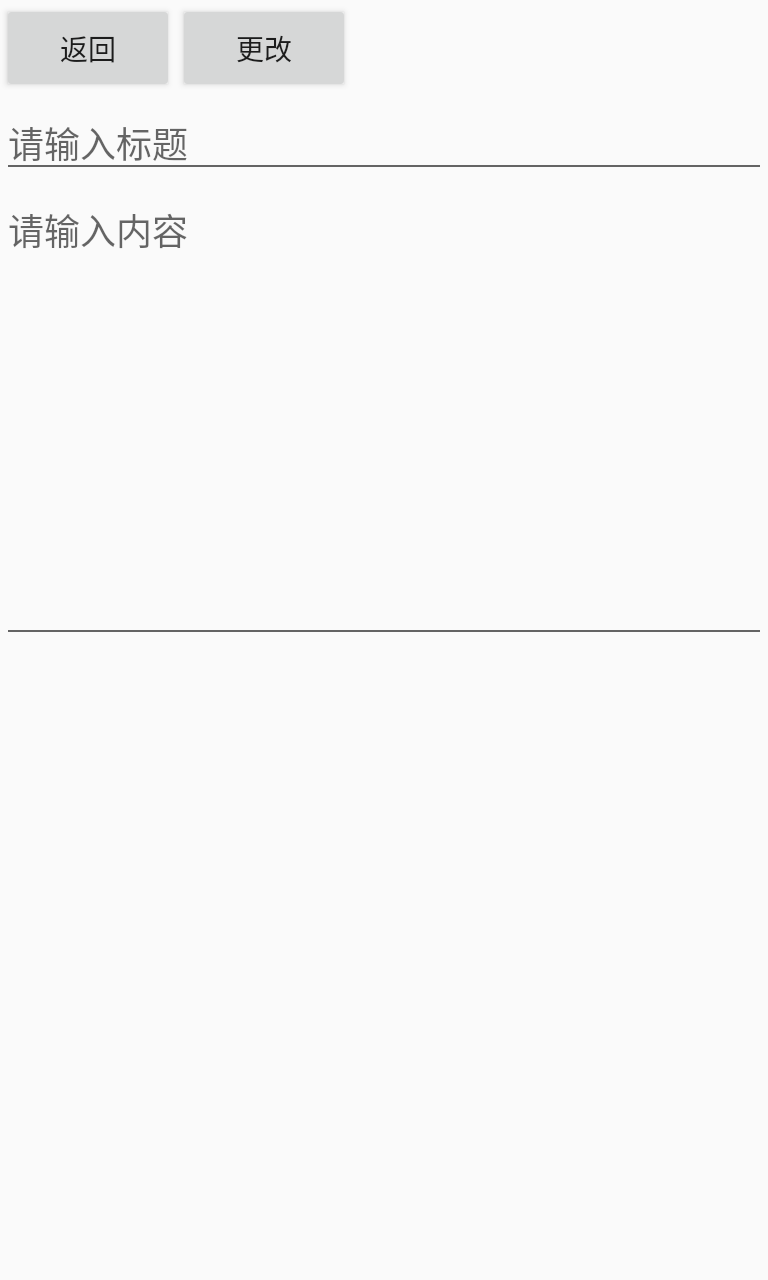
Repository: mxfpaul/Test
Layout: Note/MyNote2/res/layout/viewnote.xml
The author's editor kept a copy of each file at every save. The layout is drawn from the files as they stood at one save, then again after the next save.
It is drawn on a 768 x 1280 px phone screen (xhdpi) without system bars, with theme AppTheme; the app's code is not run.

Above is the layout before, as saved 2014-11-22 07:45:38.

After the next save:
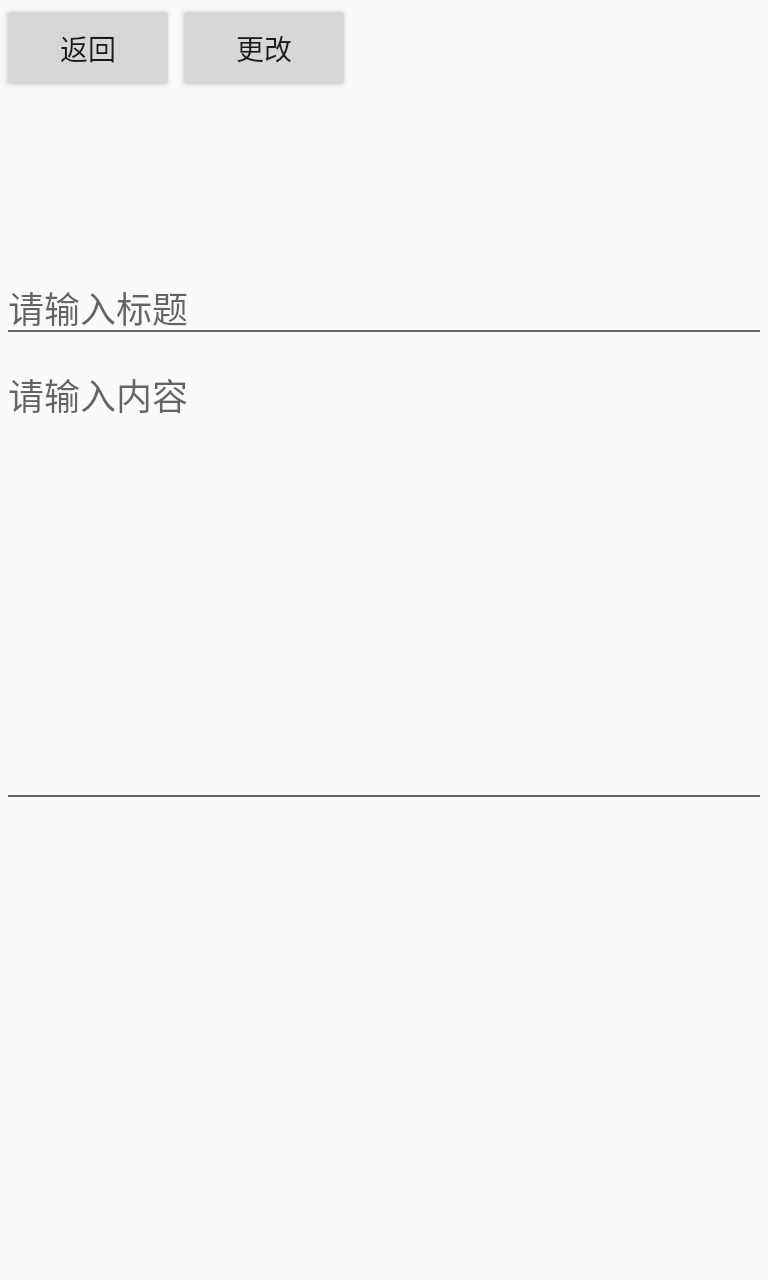
Saved 6 s later.
--- a/Note/MyNote2/res/layout/viewnote.xml
+++ b/Note/MyNote2/res/layout/viewnote.xml
@@ -18,6 +18,7 @@
         <TextView
             android:id="@+id/view_textview_all"
             android:layout_width="0dp"
+            android:layout_height="wrap_content"
             android:layout_gravity="center"
             android:gravity="center"
             android:text="@string/view_textview_text"
